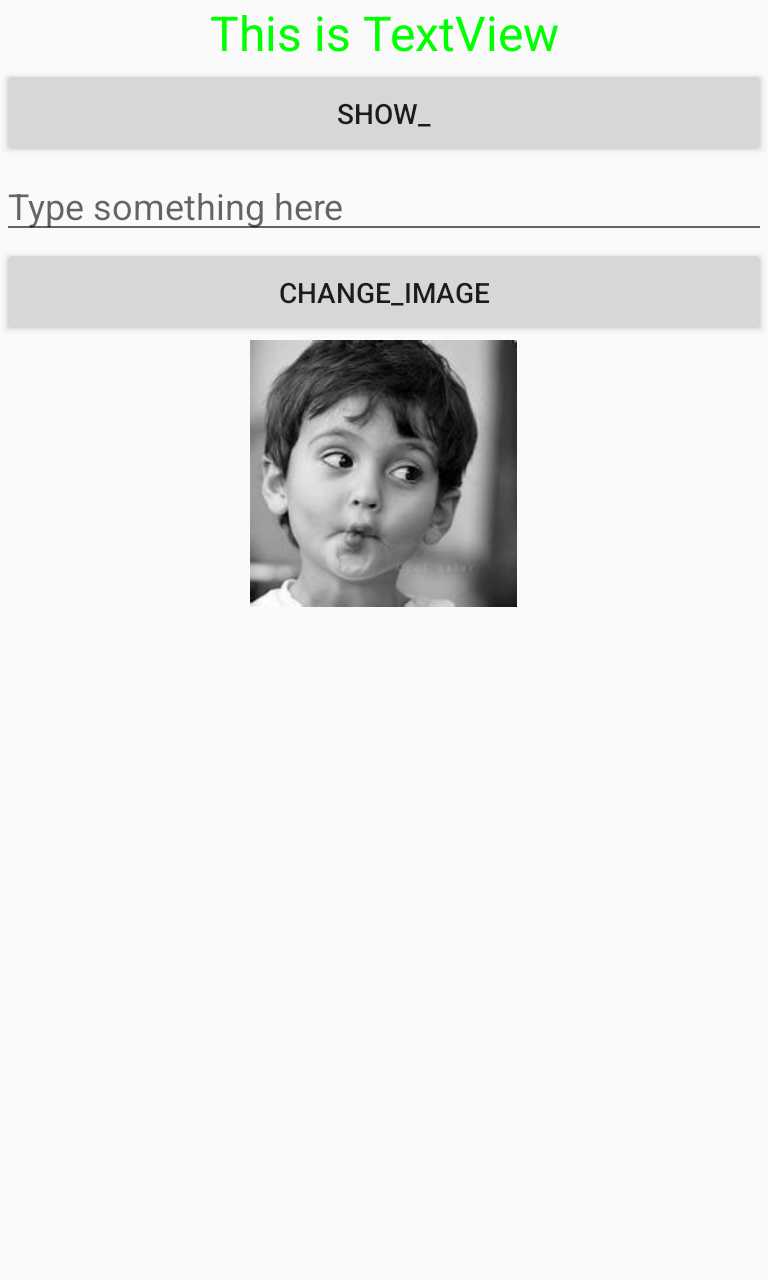
Repository: hohoTT/Android_summarize
Layout: UIWidgeTest/res/layout/activity_main.xml
An editor plug-in stored every save of this project. The layout is shown before and after the next save, followed by the edit.
It is drawn on a 768 x 1280 px phone screen (xhdpi) without system bars, with theme AppTheme; the app's code is not run.

Above is the layout before, as saved 2016-02-23 09:04:14.

### UIWidgeTest/res/layout/activity_main.xml
<LinearLayout xmlns:android="http://schemas.android.com/apk/res/android"
    android:layout_width="match_parent"
    android:layout_height="match_parent"
    android:orientation="vertical">

    <TextView
        android:id="@+id/text_view"
        android:layout_width="match_parent"
        android:layout_height="wrap_content"
        android:gravity="center"
        android:textSize="24sp"
        android:textColor="#00ff00"
        android:text="This is TextView" />

    <Button
        android:id="@+id/button"
        android:layout_width="match_parent"
        android:layout_height="wrap_content"
        android:text="Show_" />

    <EditText
        android:id="@+id/edit_text"
        android:layout_width="match_parent"
        android:layout_height="wrap_content"
        android:hint="Type something here"
        android:maxLines="2" />

    <Button
        android:id="@+id/button_change_image"
        android:layout_width="match_parent"
        android:layout_height="wrap_content"
        android:text="Change_image" />

    <ImageView
        android:id="@+id/image_view"
        android:layout_width="wrap_content"
        android:layout_height="wrap_content"
        android:layout_gravity="center"
        android:src="@drawable/img" />

</LinearLayout>

Loaded but not shown: UIWidgeTest/res/values/styles.xml (common file); UIWidgeTest/res/values-v11/styles.xml (common file); UIWidgeTest/res/values-v14/styles.xml (common file)

After the next save:
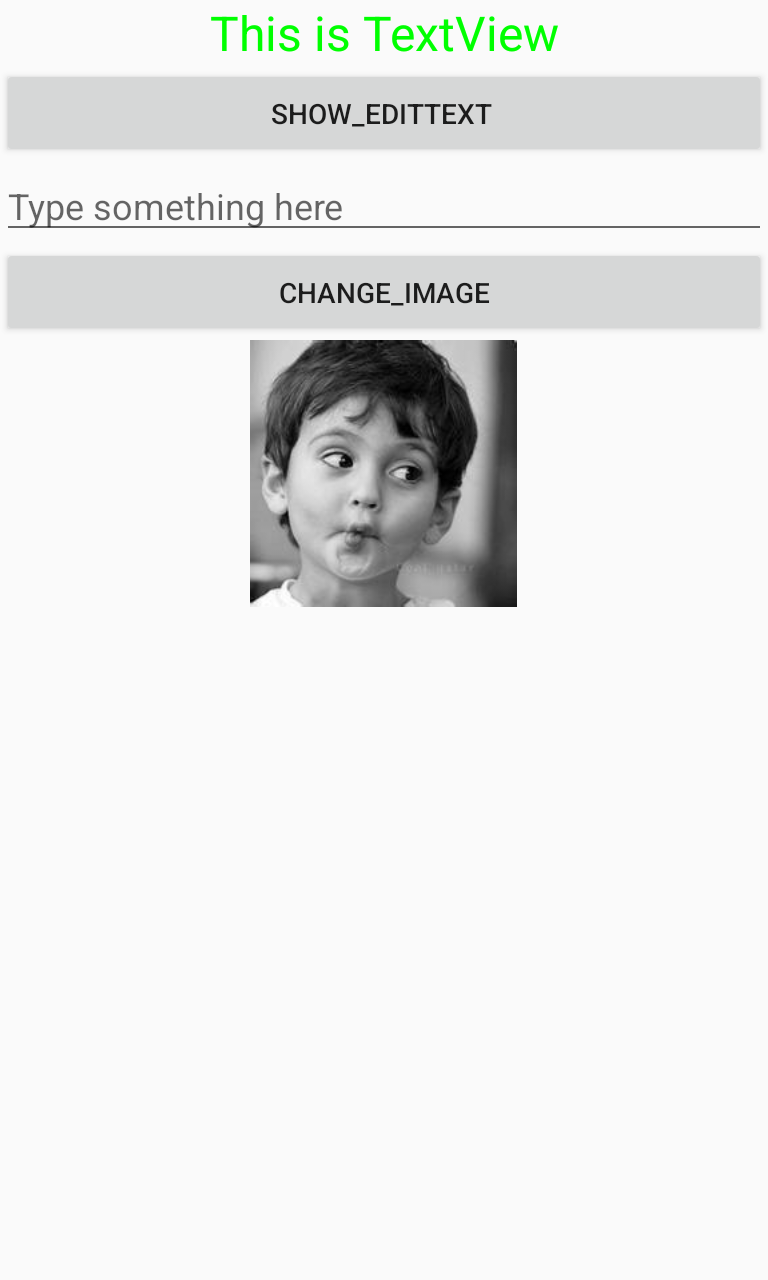
Saved 6 s later.
--- a/UIWidgeTest/res/layout/activity_main.xml
+++ b/UIWidgeTest/res/layout/activity_main.xml
@@ -16,7 +16,7 @@
         android:id="@+id/button"
         android:layout_width="match_parent"
         android:layout_height="wrap_content"
-        android:text="Show_" />
+        android:text="Show_EditText " />
 
     <EditText
         android:id="@+id/edit_text"
